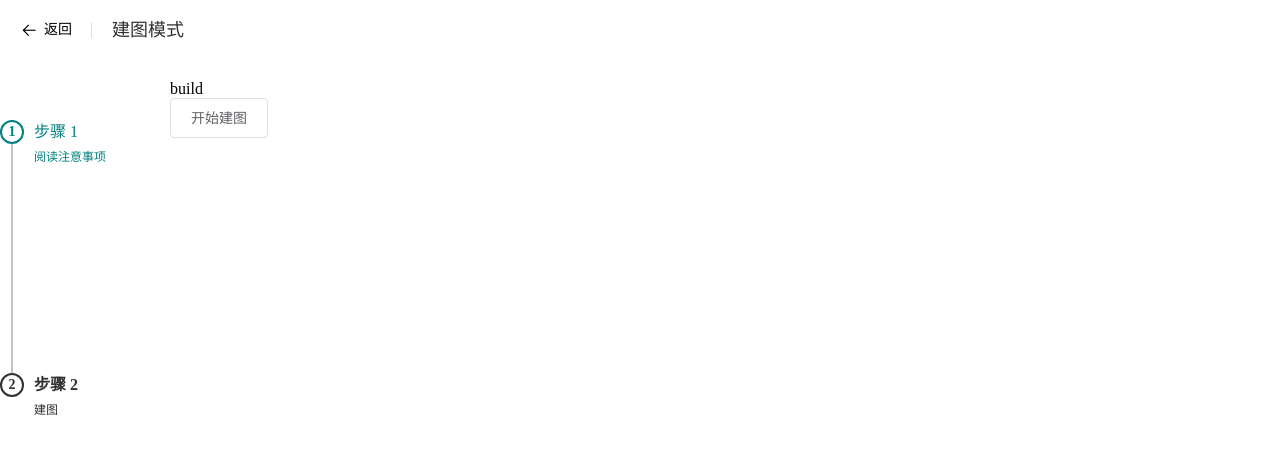
Repository: Forever518/BUAA_SE_Embedded_2021
Page: /#/Build (app in web/ros_web/)
These files come from the project's save history. The page is drawn as it stood at one moment and after the next save; the edit follows.
The browser window is 1280 px wide. The pictures show the whole page.
The project was rebuilt for these pictures with package versions that can differ from the ones it lists, and the page was loaded fresh each time. Also part of the build but not shown: web/ros_web/src/components/home.vue, web/ros_web/src/components/settings.vue, web/ros_web/src/components/help.vue, web/ros_web/src/components/about.vue, web/ros_web/src/views/Main.vue, web/ros_web/src/views/Mark.vue, web/ros_web/src/components/buildings.vue, web/ros_web/src/views/Serve.vue.

Above is the page before, as saved 2021-05-08 14:34:38.

### web/ros_web/src/App.vue
<template>
  <router-view/>
</template>

<script>
</script>

<style>
#app {
  font-family: 'Avenir', Helvetica, Arial, sans-serif;
  -webkit-font-smoothing: antialiased;
  -moz-osx-font-smoothing: grayscale;
  text-align: center;
  color: #2c3e50;
  margin-top: 60px;
}
html,
body,
#app{
  height: 100%;
}
* {
  padding: 0;
  margin: 0;
}
.el-container {
  height: 100%
}
.el-menu--horizontal > .el-menu-item {
  border-bottom: none!important;
}
.el-menu--horizontal > .el-menu-item:hover {
  border-bottom: none!important;
  /* color: rgb(51, 51, 243)!important; */
}
.el-menu--horizontal > .el-menu-item.is-active {
  border-bottom: none!important;
}
.el-menu--horizontal {
  border-bottom: none!important;
}
</style>

### web/ros_web/src/router/index.js
import Vue from 'vue'
import VueRouter from 'vue-router'
import Main from '../views/Main.vue'
import Mark from '../views/Mark.vue';
import Build from '../views/Build.vue';
import Serve from '../views/Serve.vue';

Vue.use(VueRouter)

const routes = [
  {
    path: '/Main',
    name: 'Main',
    component: Main
  },
  {
    path: '/Build',
    name: 'Build',
    component: Build
  },
  {
    path: '/Mark',
    name: 'Mark',
    component: Mark
  },
  {
    path: '/Serve',
    name: 'Serve',
    component: Serve
  },
  {
    path: '/',
    redirect: '/Main'
  }
]

const router = new VueRouter({
  routes
})

export default router

### web/ros_web/src/views/Build.vue
<template>
  <el-container>
    <el-header>
      <el-page-header @back="goBack" content="建图模式">
      </el-page-header>
    </el-header>
    <el-container>
      <el-aside>
        <div style="height: 300px; padding-top: 60px">
          <el-steps direction="vertical" :active="1">
            <el-step title="步骤 1" description="阅读注意事项"></el-step>
            <el-step title="步骤 2" description="建图"></el-step>
          </el-steps>
        </div>
      </el-aside>
      <el-container>
        <el-main>
          <attentions @next-step-click="attentions_click" :type="type" v-if="step === 'attentions'"></attentions>
          <building v-if="step === 'building'"></building>
        </el-main>
      </el-container>
    </el-container>
  </el-container>
</template>

<script>
  import attentions from '../components/attentions';
  import building from '../components/buildings';
  export default {
    data() {
      return {
        step: 'attentions',
        type: 'build',
      }
    },
    methods: {
      goBack() {
        this.$router.push({
          name: 'Main'
        })
      },
      attentions_click(next_component) {
        this.step = next_component;
      }
    },
    components: {
      attentions,
      building,
    }
  }
</script>

<style>
.el-page-header {
  height: 100%!important;
  line-height: 60px!important;
}
.el-aside {
  width: 150px!important;
}
</style>

### web/ros_web/src/components/attentions.vue
<template>
  <div>
    <p> {{type}} </p>
    <el-button @click="back(next_component)">开始建图</el-button>
  </div>
</template>

<script>
  export default {
   data() {
     return {

     }
   },
   props: {
     type: {
       type: String,
       require: true,
     }
   },
   methods: {
     back(next_component) {
       console.log(next_component);
       this.$emit('next-step-click', next_component);
     }
   },
   computed: {
     next_component() {
       if(this.type === 'build') {
         return 'building';
       }
       return 'building';
     }
   }
  }
</script>

Loaded but not shown: web/ros_web/public/index.html (common file); web/ros_web/src/main.js (common file); web/ros_web/src/plugins/element.js (common file); web/ros_web/src/element-variables.scss (common file)

After the next save:
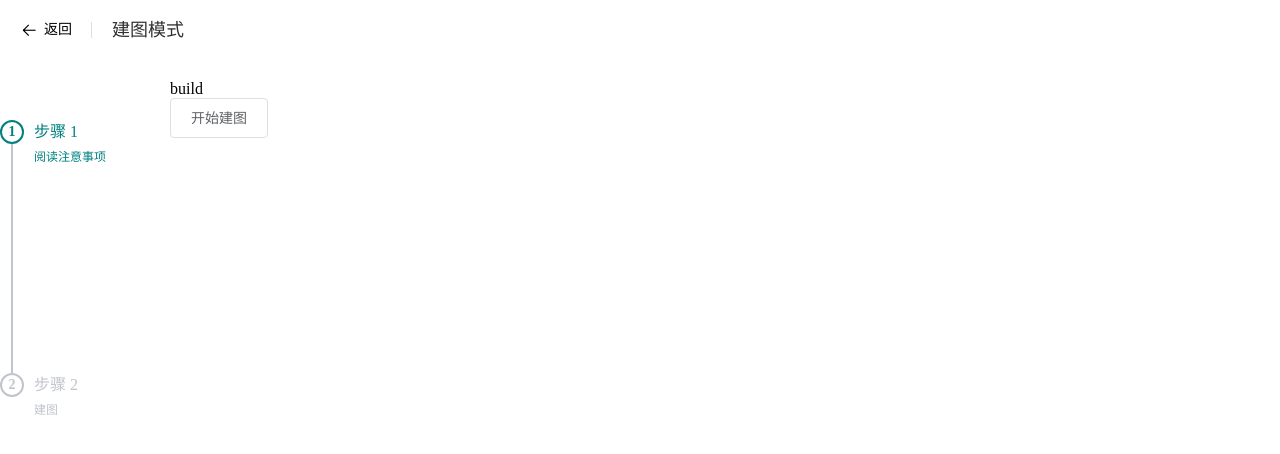
Saved 64 s later.
--- a/web/ros_web/src/views/Build.vue
+++ b/web/ros_web/src/views/Build.vue
@@ -7,7 +7,7 @@
     <el-container>
       <el-aside>
         <div style="height: 300px; padding-top: 60px">
-          <el-steps direction="vertical" :active="1">
+          <el-steps direction="vertical" :active="nowStep">
             <el-step title="步骤 1" description="阅读注意事项"></el-step>
             <el-step title="步骤 2" description="建图"></el-step>
           </el-steps>
@@ -31,6 +31,7 @@
       return {
         step: 'attentions',
         type: 'build',
+        nowStep: '1',
       }
     },
     methods: {
@@ -41,6 +42,7 @@
       },
       attentions_click(next_component) {
         this.step = next_component;
+        this.nowStep = '2';
       }
     },
     components: {

After the save that followed:
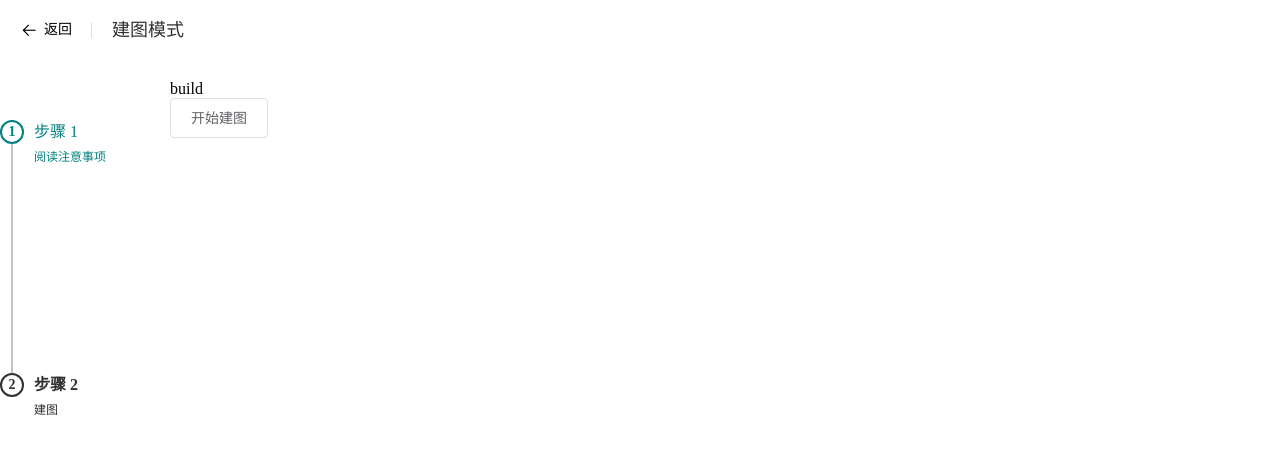
Saved 33 s later.
--- a/web/ros_web/src/views/Build.vue
+++ b/web/ros_web/src/views/Build.vue
@@ -31,7 +31,7 @@
       return {
         step: 'attentions',
         type: 'build',
-        nowStep: '1',
+        nowStep: 1,
       }
     },
     methods: {
@@ -42,7 +42,7 @@
       },
       attentions_click(next_component) {
         this.step = next_component;
-        this.nowStep = '2';
+        this.nowStep = 2;
       }
     },
     components: {
